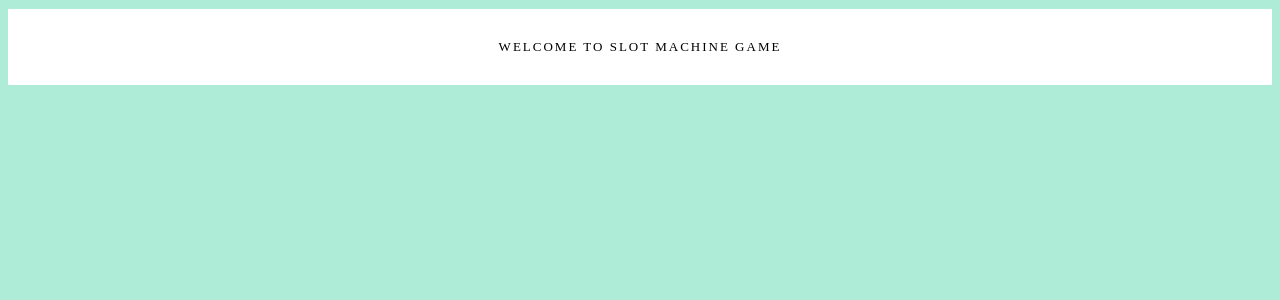
Repository: duggallakshya/slotMachineReact
Page: /
The author's editor kept a copy of each file at every save. The page is drawn from the files as they stood at one save, then again after a run of saves.
The browser window is 1280 px wide. The pictures show the whole page.
The project was rebuilt for these pictures with package versions that can differ from the ones it lists, and the page was loaded fresh each time.

Above is the page before, as saved 2022-03-22 21:20:14.

After the next 3 saves:
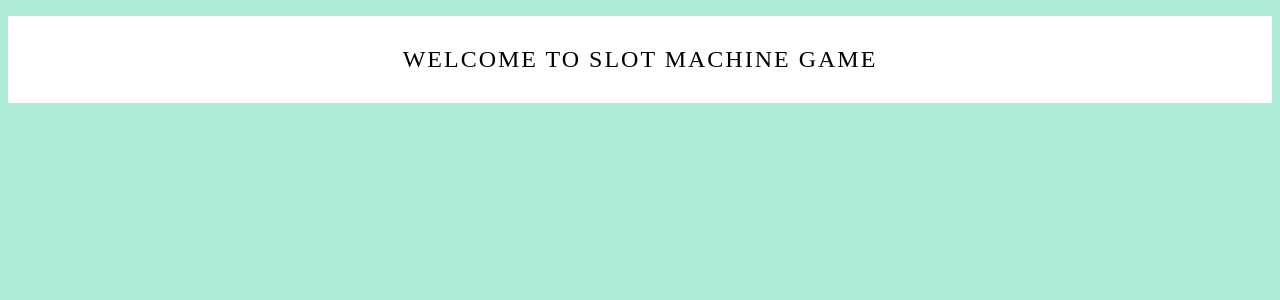
The 3 saves are shown as one change because they came seconds apart.
The last was saved 8 s later.
--- a/src/index.css
+++ b/src/index.css
@@ -10,5 +10,6 @@ body{
   letter-spacing: 2px;
   font-weight: 500;
   background-color: #fff;
-  font-size: ;
+  font-size: 1.5rem;
+
 }
